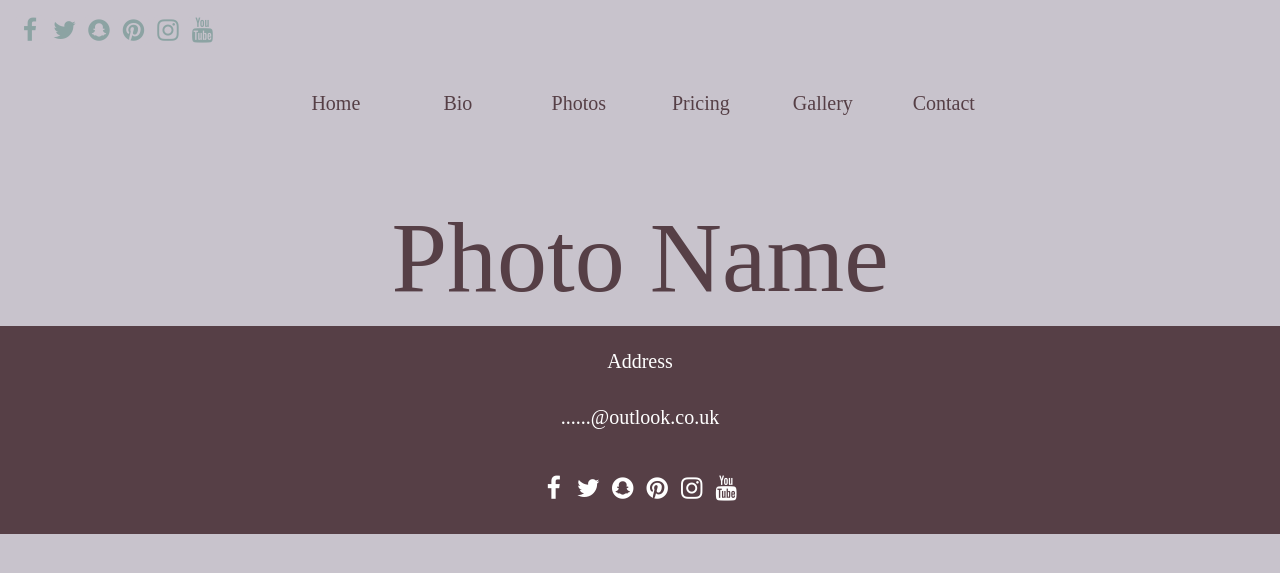
Repository: elizabeth24602/LoaderMedia
Page: photos.html
The author's editor kept a record of every edit. The page is drawn from the files as they stood at one moment, then again after the next edit.
The browser window is 1280 px wide. The pictures show the whole page.
Some web fonts or font styles are not loaded; a fallback is used.

Above is the page before.
Not found: Assests/images/

### photos.html
<!DOCTYPE html>
<html lang="en">
<head>
    <meta charset="UTF-8">
    <meta name="viewport" content="width=device-width, initial-scale=1.0">
    <meta http-equiv="X-UA-Compatible" content="ie=edge">
    <link rel="stylesheet" href="https://stackpath.bootstrapcdn.com/bootstrap/4.3.1/css/bootstrap.min.css" type="text/css" />
    <link rel="stylesheet" href="https://stackpath.bootstrapcdn.com/font-awesome/4.7.0/css/font-awesome.min.css" type="text/css" />
    <link href="https://fonts.googleapis.com/css?family=Lacquer&display=swap" rel="stylesheet">
    <link href="https://fonts.googleapis.com/css?family=Beth+Ellen&display=swap" rel="stylesheet">
    <link rel="stylesheet" href="https://cdnjs.cloudflare.com/ajax/libs/hover.css/2.3.1/css/hover-min.css" type="text/css" />
    <link rel="stylesheet" href="Assests/images/" type="text/css" />
    <link rel="stylesheet" href="Assests/css/style.css" type="text/css" />



    <script type="text/javascript" src="static/js/d3.min.js"></script>
    <script type="text/javascript" src="static/js/crossfilter.min.js"></script>
    <script type="text/javascript" src="static/js/dc.min.js"></script>
    <script type="text/javascript" src="static/js/queue.min.js"></script>
    <script type="text/javascript" src="static/js/graph.js"></script>

    <title>Loader Media</title>
</head>
<body>
     <header class="container-fluid">
        <div id="social-links" class="row">
        <div class="col-sm-4">
                <ul class="list-inline social-links">
                    <li class="list-inline-item">
                        <a target="_blank" href="#">
                            <i class="fa fa-facebook" aria-hidden="true"></i>
                            <span class="sr-only">Facebook</span>
                        </a>
                    </li>
                    <li class="list-inline-item">
                        <a target="_blank" href="#">
                            <i class="fa fa-twitter" aria-hidden="true"></i>
                            <span class="sr-only">Twitter</span>
                        </a>
                    </li>
                    <li class="list-inline-item">
                        <a target="_blank" href="#">
                            <i class="fa fa-snapchat" aria-hidden="true"></i>
                            <span class="sr-only">Snapchat</span>
                        </a>
                    </li>
                    <li class="list-inline-item">
                        <a target="_blank" href="#">
                            <i class="fa fa-pinterest" aria-hidden="true"></i>
                            <span class="sr-only">Pinterest</span>
                        </a>
                    </li>
                    <li class="list-inline-item">
                        <a target="_blank" href="#">
                            <i class="fa fa-instagram" aria-hidden="true"></i>
                            <span class="sr-only">Instagram</span>
                        </a>
                    </li>
                    <li class="list-inline-item">
                        <a target="_blank" href="#">
                            <i class="fa fa-youtube" aria-hidden="true"></i>
                            <span class="sr-only">YouTube</span>
                        </a>
                    </li>
                </ul>
            </div>
        </div>
         <div class="row no-gutters">
            <div class="col">
                <ul id="nav" class="list-inline menucontainer">
                    <li class="col-4 col-sm-2 ui-menu-color-home list-inline-item menuitem">
                        <a href="index.html" class="hvr-underline-from-center"><span>Home</span></a>
                    </li>
                    <li class="col-4 col-sm-2 ui-menu-color-bio list-inline-item menuitem">
                        <a href="bio.html" class="hvr-underline-from-center"><span>Bio</span></a>
                    </li>
                     <li class="col-4 col-sm-2 ui-menu-color-photos list-inline-item menuitem">
                        <a href="photos.html" class="hvr-underline-from-center"><span>Photos</span></a>
                    </li>
                    <li class="col-4 col-sm-2 ui-menu-color-pricing list-inline-item menuitem">
                        <a href="photos.html" class="hvr-underline-from-center"><span>Pricing</span></a>
                    </li>
                    <li class="col-4 col-sm-2 ui-menu-color-gallery list-inline-item menuitem">
                        <a href="music.html" class="hvr-underline-from-center"><span>Gallery</span></a>
                    </li>
                    <li class="col-4 col-sm-2 ui-menu-color-contact list-inline-item menuitem">
                        <a href="music.html" class="hvr-underline-from-center"><span>Contact</span></a>
                    </li>
                </ul>
            </div>
        </div>

        <div class="row no-gutters">
            <div class="col headings">
                <h1 class="name">Photo Name</h1>
            </div>
        </div>
    </header>

    <section>
    <div id="container" style="width= 100%; heigh5t: 100%"></div>

    <script>
        <!-- chart code will be here -->
    </script>

    </section>

    <footer class="container-fluid">
    <div id="footer-details" class="row">
        <div class="col-sm-12">
            <p class="address">Address</p>
        </div>
    </div>
        <div class="row">
            <div class="col-sm-12">
                <p class="email">......@outlook.co.uk</p>
            </div>
        </div>
        <div class="row">
            <div class="col-sm-12">
                        <ul class="list-inline social-links2 container-fluid">
                    <li class="list-inline-item">
                        <a target="_blank" href="#">
                            <i class="fa fa-facebook" aria-hidden="true"></i>
                            <span class="sr-only">Facebook</span>
                        </a>
                    </li>
                    <li class="list-inline-item">
                        <a target="_blank" href="#">
                            <i class="fa fa-twitter" aria-hidden="true"></i>
                            <span class="sr-only">Twitter</span>
                        </a>
                    </li>
                    <li class="list-inline-item">
                        <a target="_blank" href="#">
                            <i class="fa fa-snapchat" aria-hidden="true"></i>
                            <span class="sr-only">Snapchat</span>
                        </a>
                    </li>
                    <li class="list-inline-item">
                        <a target="_blank" href="#">
                            <i class="fa fa-pinterest" aria-hidden="true"></i>
                            <span class="sr-only">Pinterest</span>
                        </a>
                    </li>
                    <li class="list-inline-item">
                        <a target="_blank" href="#">
                            <i class="fa fa-instagram" aria-hidden="true"></i>
                            <span class="sr-only">Instagram</span>
                        </a>
                    </li>
                    <li class="list-inline-item">
                        <a target="_blank" href="#">
                            <i class="fa fa-youtube" aria-hidden="true"></i>
                            <span class="sr-only">YouTube</span>
                        </a>
                    </li>
                </ul>
            </div>
        </div>
    </footer>

</body>
</html>

### Assests/css/style.css
@import url('https://fonts.googleapis.com/css?family=Lacquer:100,200,300,400,500,600,700|Beth+Ellen:100,200,300,400,500,600,700');

/*-------------------------------Website Name */

.name {
    font-family: 'Beth+Ellen';
     font-weight: 300;
    font-size: 100px;
    margin-top: 70px;
    text-align: center;
    color: #563f46;
}

/*-------------------------------Background */

body {
    background-color: #c8c3cc;
}

/*-------------------------------Social */

.social-links {
    padding-top: 15px;
    padding-bottom: 15px;
}

.social-links li a i {
    width: 30px;
    height: 30px;
    padding: 12px 0;
    border-radius: 20%;
    font-size: 25px;
    line-height: 7px;
    text-align: center;
    color: #8ca3a3;
    background: #c8c3cc;
    transition: all 0.35s ease-in-out;
    -moz-transition: all 0.35s ease-in-out;
    -webkit-transition: all 0.35s ease-in-out;
    -o-transition: all 0.35s ease-in-out;
}

/*-------------------------------menu */


.list-inline-item:not(:last-child) {
    margin: 0;
}

.menucontainer {
    font-size: 0;
    margin: auto;
    width: 60%;
    padding: 10px;
}

#nav li {
    font-size: 20px;
    font-family: 'Beth+Ellen';
    padding: 0;
}

.menuitem {
    text-align: center;
    padding: 0;
}

.body {
    text-align: center;
}

.menuitem a {
    width: 100%;
    text-decoration: none;
    color: #563f46;
}

.hvr-underline-from-center:before {
    background-color: #563f46;
    color: #ffffff;
}


.a:hover {
    text-decoration: none;
}

/*-------------------------------Footer */


footer {
    background-color: #563f46;
    color: #ffffff;
    min-height: 120px;
    margin: 0;
}

.address {
    color: #ffffff;
    text-align: center;
    font-family: "Beth+Ellen";
    padding-top: 20px;
    font-size: 20px;
}
.email {
    color: #ffffff;
    text-align: center;
    font-family: "Beth+Ellen";
    padding: 10px;
    font-size: 20px;
}

.social-links2 {
    padding-top: 15px;
    padding-bottom: 15px;
    text-align: center;
}

.social-links2 li a i {
    width: 30px;
    height: 30px;
    padding: 12px 0;
    border-radius: 20%;
    font-size: 25px;
    line-height: 7px;
    text-align: center;
    color: #ffffff;
    background: #5563f46;
    transition: all 0.35s ease-in-out;
    -moz-transition: all 0.35s ease-in-out;
    -webkit-transition: all 0.35s ease-in-out;
    -o-transition: all 0.35s ease-in-out;
}

Loaded but not shown: static/js/d3.min.js (library); static/js/crossfilter.min.js (library); static/js/dc.min.js (library); static/js/queue.min.js (common file); static/js/graph.js (no copy from this time; the picture is the same without it)

After the next edit:
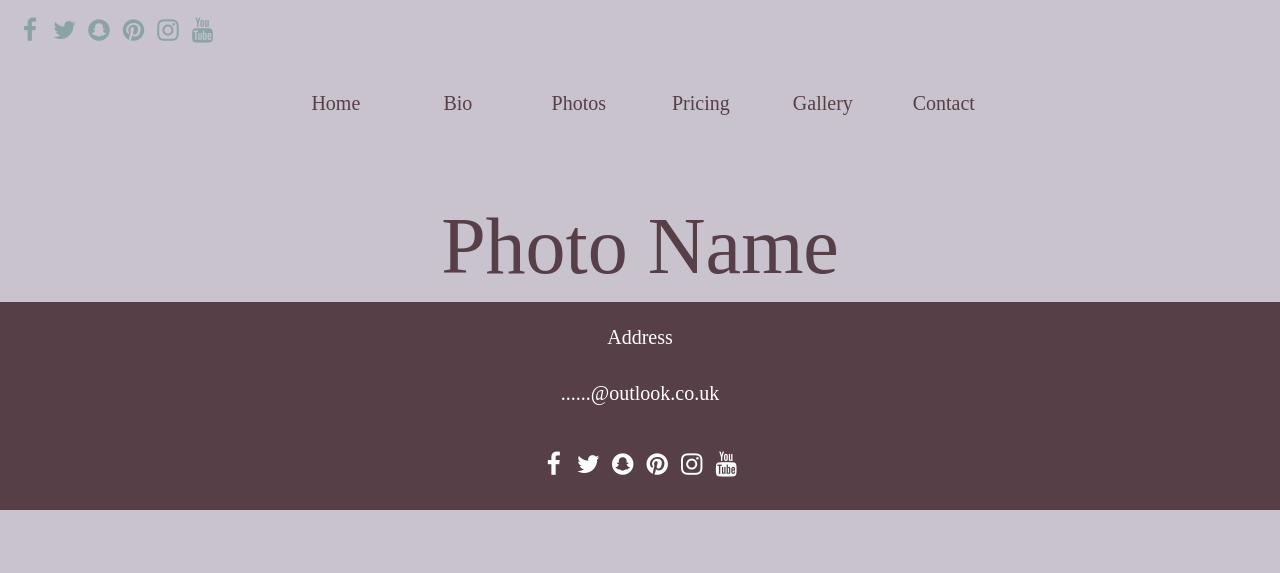
The edit:
--- a/Assests/css/style.css
+++ b/Assests/css/style.css
@@ -5,7 +5,7 @@
 .name {
     font-family: 'Beth+Ellen';
      font-weight: 300;
-    font-size: 100px;
+    font-size: 80px;
     margin-top: 70px;
     text-align: center;
     color: #563f46;
